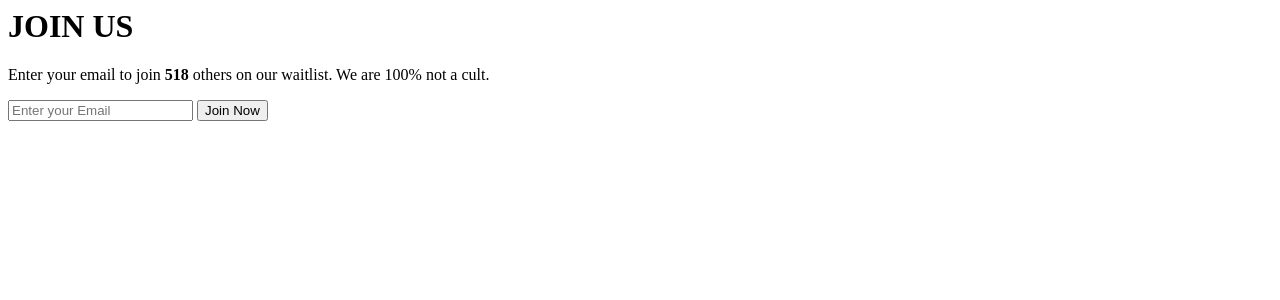
Repository: IrisSIQIAN/Daily-practice
Page: http://localhost/
The author's editor kept a record of every edit. The page is drawn from the files as they stood at one moment, then again after the next edit.
The browser window is 1280 px wide. The pictures show the whole page.
The page is served by the project's Node server (WebApp/app.js). The database holds what the project's SQL file puts in it.

Above is the page before.

After the next edit:
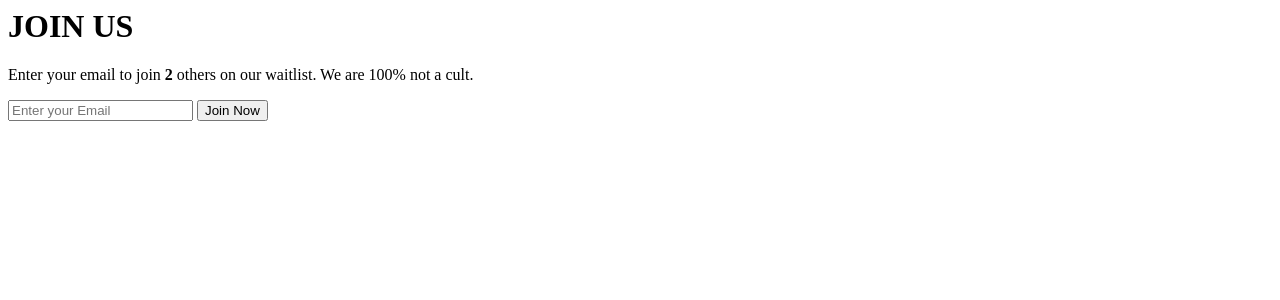
The edit:
--- a/WebApp/views/home.ejs
+++ b/WebApp/views/home.ejs
@@ -1,6 +1,6 @@
 <h1>JOIN US</h1>
 
-<P class = "lead">Enter your email to join <strong>518</strong>
+<P class = "lead">Enter your email to join <strong><%=data%></strong>
 others on our waitlist. We are 100% not a cult. </p>
 
 <form method="POST" action = '/register'>
